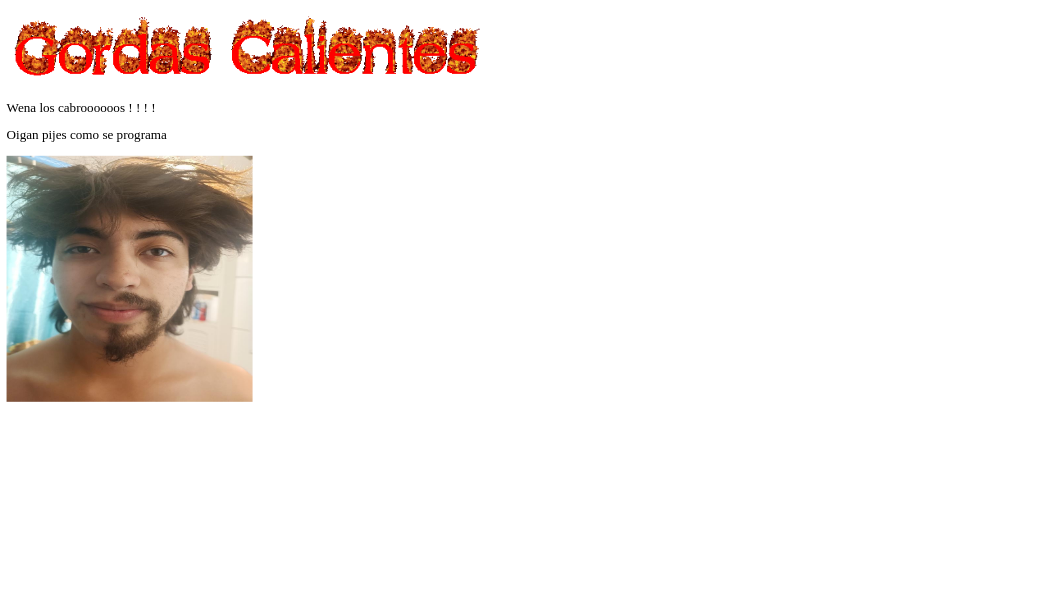
Repository: Eduloco69/crazy-website
Page: index.html
These files come from the project's save history. The page is drawn as it stood at one moment and after the next save; the edit follows.
The browser window is 1280 px wide. The pictures show the whole page, at 82% of full size.

Above is the page before, as saved 2025-06-03 22:05:43.

### index.html
<!DOCTYPE html>
<html lang="en">
<head>
    <meta charset="UTF-8">
    <meta name="viewport" content="width=device-width, initial-scale=1.0">
    <meta property="og:title" content="EduSex" />
    <meta property="og:description" content="Comanme la polla" />
    <meta property="og:image" content="src/E43E82A3-8955-4C5C-9331-0861A042E956.JPEG" />

    <link rel="stylesheet" href="styles/index.css">
    <title>El sitio mas vio de $hile</title>
</head>
<body>
    <img src="src/title_gordas.gif" alt="">
    <p>
        Wena los cabroooooos ! ! ! !
    </p>
    <p>
        Oigan pijes como se programa
    </p>
    <div>
        <img src="src/ADAC2544-2AE6-4C0D-8F05-14998BBBDF3E.JPEG" alt="" width="300px" height="300px">
    </div>
</body>
</html>

### styles/index.css
html {
  cursor: url('../src/cursor.ico'), default;
}

After the next save:
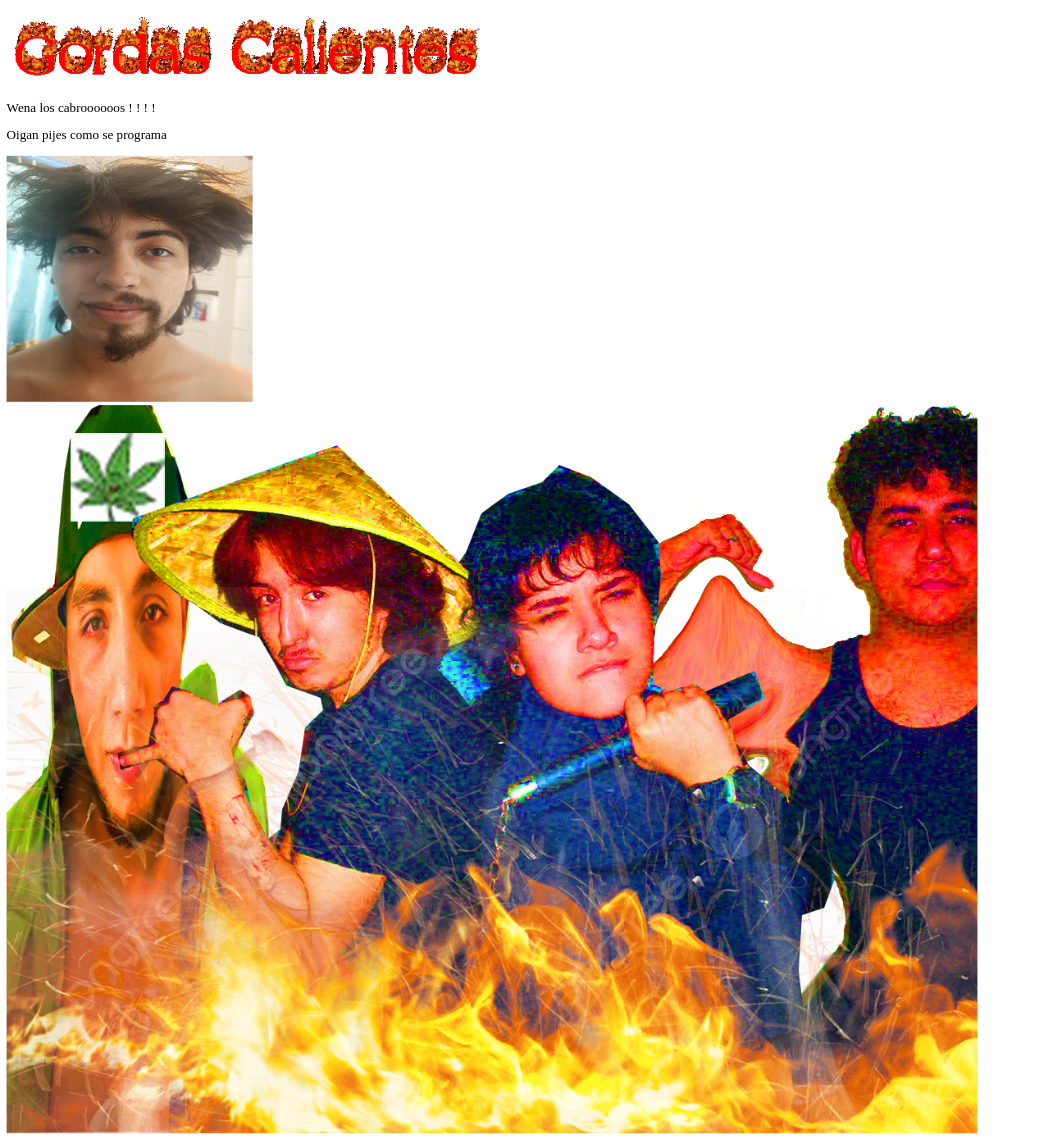
Saved 19 min 22 s later.
--- a/index.html
+++ b/index.html
@@ -22,4 +22,7 @@
         <img src="src/ADAC2544-2AE6-4C0D-8F05-14998BBBDF3E.JPEG" alt="" width="300px" height="300px">
     </div>
 </body>
+<footer>
+    <img src="src/hard_footer.png" alt="">
+</footer>
 </html>
